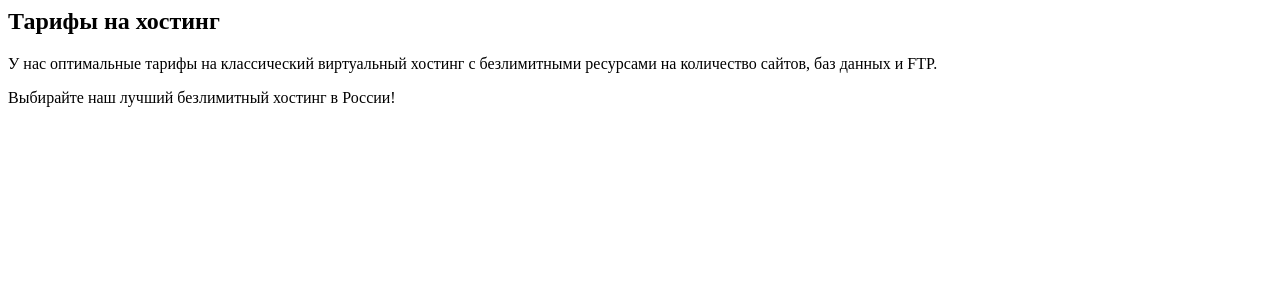
Repository: Inzhir2022/hosting
Page: src/_includes/_tariffs.html
These files come from the project's save history. The page is drawn as it stood at one moment and after the next save; the edit follows.
The browser window is 1280 px wide. The pictures show the whole page.

Above is the page before, as saved 2022-07-16 16:19:51.

After the next save:
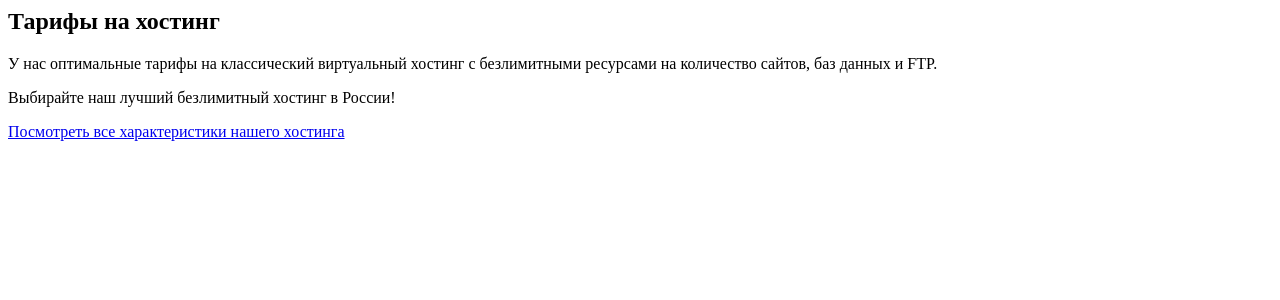
Saved 8 s later.
--- a/src/_includes/_tariffs.html
+++ b/src/_includes/_tariffs.html
@@ -6,7 +6,7 @@
       <p>Выбирайте наш лучший <span class="tariffs__text_bold"> безлимитный</span> хостинг в России!</p>
     </div>
     <div class="tariffs__link-more">
-      <a href="#"></a>
+      <a href="#">Посмотреть все характеристики нашего хостинга</a>
     </div>
   </div>
 </section>
